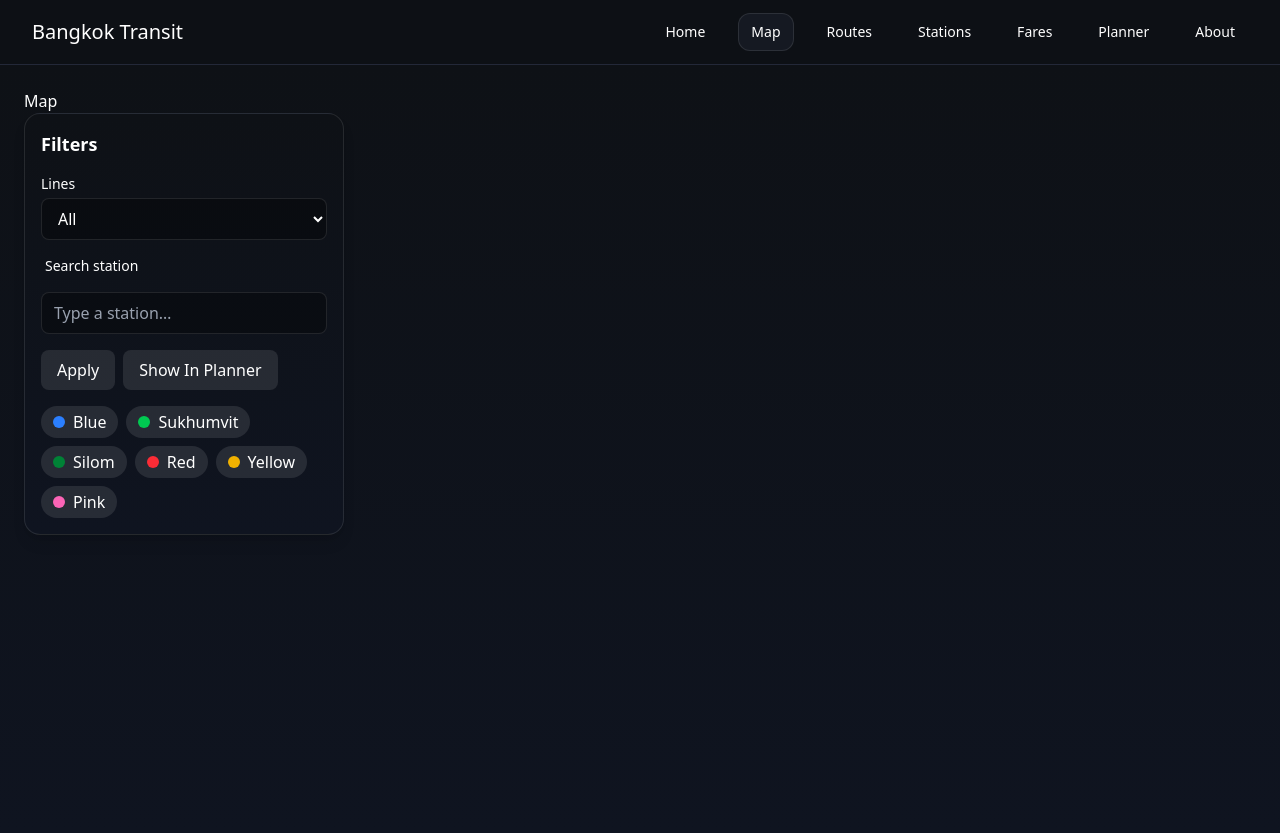
Repository: pyaestk/Bangkok-transit-map
Page: /map
These files come from the project's save history. The page is drawn as it stood at one moment and after the next save; the edit follows.
The browser window is 1280 px wide. The pictures show the whole page.
The project was rebuilt for these pictures with package versions that can differ from the ones it lists, and the page was loaded fresh each time. Also part of the build but not shown: vite.config.ts, src/pages/Home.tsx, src/pages/Planner.tsx, src/pages/Stations.tsx, src/pages/TrainRoutes.tsx, src/pages/Fares.tsx, src/pages/About.tsx.

Above is the page before, as saved 2025-10-04 09:57:48.

### index.html
<!doctype html>
<html lang="en">
  <head>
    <meta charset="UTF-8" />
    <link rel="icon" type="image/svg+xml" href="/vite.svg" />
    <meta name="viewport" content="width=device-width, initial-scale=1.0" />
    <title>bangkok-transit-map</title>
  </head>
  <body>
    <div id="root"></div>
    <script type="module" src="/src/main.tsx"></script>
  </body>
</html>

### src/main.tsx
import { StrictMode } from 'react'
import { createRoot } from 'react-dom/client'
import './index.css'
import App from './App.tsx'
import { BrowserRouter as Router } from 'react-router'

createRoot(document.getElementById('root')!).render(
  <StrictMode>
    <Router>
      <App />
    </Router>
  </StrictMode>,
)

### src/App.tsx
import "./App.css";
import NavBar from "./component/NavBar";
import { Routes, Route } from "react-router-dom";
import Home from "./pages/Home";
import Map from "./pages/Map";
import Planner from "./pages/Planner";
import Stations from "./pages/Stations";
import TrainRoutes from "./pages/TrainRoutes";
import Fares from "./pages/Fares";
import About from "./pages/About";


function App() {
  return (
    <div className="min-h-screen flex flex-col">
      {/* Navbar at the top */}
      <NavBar />

      {/* Main content area */}
      <main className="flex-1 p-6 bg-[linear-gradient(180deg,rgba(14,17,22,1)_0%,rgba(15,20,32,1)_100%)]">
        <Routes>
          <Route
            path="/"
            element={ <Home/> }
          />
          <Route
            path="/map"
            element={ <Map/> }
          />
          <Route
            path="/planner"
            element={ <Planner/>}
          />
          <Route
            path="/routes"
            element={<TrainRoutes/>}
          />
          <Route
            path="/stations"
            element={<Stations/>}
          />
          <Route
            path="/fares"
            element={<Fares/>}
          />
          <Route
            path="/about"
            element={<About/>}
          />
        </Routes>
      </main>
    </div>
  );
}

export default App;

### src/App.css
@import "tailwindcss";

:root {
  background: linear-gradient(180deg, rgba(14,17,22,1) 0%, rgba(15,20,32,1) 100%);
}

### src/component/NavBar.tsx
import { NavLink } from "react-router-dom";
import { useState } from "react";

function NavBar() {
  const [open, setOpen] = useState(false);

  const baseClasses =
    "px-3 py-2 rounded-xl text-sm border border-transparent block text-center";
  const inactiveClasses = "text-white transition-colors";
  const activeClasses = "bg-[#151922] border rounded-[10px] text-white border-white/10";

  const links = [
    { to: "/", label: "Home" },
    { to: "/map", label: "Map" },
    { to: "/routes", label: "Routes" },
    { to: "/stations", label: "Stations" },
    { to: "/fares", label: "Fares" },
    { to: "/planner", label: "Planner" },
    { to: "/about", label: "About" },
  ];

  return (
    <nav className="sticky top-0 z-50 bg-[#0e1116cc] border-b border-[#232838] backdrop-blur-[5px] backdrop-brightness-[100%] [-webkit-backdrop-filter:blur(5px)_brightness(100%)]">
      <div className="max-w-7xl mx-auto px-4 sm:px-6 lg:px-8">
        <div className="flex items-center justify-between h-16">
          {/* Left side (Logo / Brand) */}
          <div className="flex-shrink-0 text-white text-xl">
            Bangkok Transit
          </div>

          {/* Desktop links */}
          <div className="hidden md:flex space-x-5">
            {links.map((l) => (
              <NavLink
                key={l.to}
                to={l.to}
                className={({ isActive }) =>
                  `${baseClasses} ${isActive ? activeClasses : inactiveClasses}`
                }
              >
                {l.label}
              </NavLink>
            ))}
          </div>

          {/* Mobile hamburger button */}
          <div className="md:hidden">
            <button
              aria-label="Toggle menu"
              onClick={() => setOpen((s) => !s)}
              className="inline-flex items-center justify-center p-2 rounded-md text-white hover:bg-white/5 focus:outline-none focus:ring-2 focus:ring-white"
            >
              <span className="sr-only">Open main menu</span>
              {/* Hamburger / X icon */}
              <svg
                className={`h-6 w-6 ${open ? "hidden" : "block"}`}
                xmlns="http://www.w3.org/2000/svg"
                fill="none"
                viewBox="0 0 24 24"
                strokeWidth={2}
                stroke="currentColor"
                aria-hidden="true"
              >
                <path
                  strokeLinecap="round"
                  strokeLinejoin="round"
                  d="M3 6h18M3 12h18M3 18h18"
                />
              </svg>
              <svg
                className={`h-6 w-6 ${open ? "block" : "hidden"}`}
                xmlns="http://www.w3.org/2000/svg"
                fill="none"
                viewBox="0 0 24 24"
                strokeWidth={2}
                stroke="currentColor"
                aria-hidden="true"
              >
                <path
                  strokeLinecap="round"
                  strokeLinejoin="round"
                  d="M6 18L18 6M6 6l12 12"
                />
              </svg>
            </button>
          </div>
        </div>
      </div>

      {/* Mobile menu, shown when open is true */}
      <div className={`md:hidden ${open ? "block" : "hidden"} `}>
        <div className="px-2 pt-2 pb-3 space-y-1">
          {links.map((l) => (
            <NavLink
              key={l.to}
              to={l.to}
              onClick={() => setOpen(false)}
              className={({ isActive }) =>
                `${baseClasses} ${isActive ? activeClasses : inactiveClasses}`
              }
            >
              {l.label}
            </NavLink>
          ))}
        </div>
      </div>
    </nav>
  );
}

export default NavBar;

### src/pages/Map.tsx
import FiltersCard from "../component/FiltersCard";

export default function Map() {
  return (
    <div className="min-h-screen">
      <h1 className="text-white">Map</h1>
      <FiltersCard/>
    </div>
  )
}

### src/component/FiltersCard.tsx
export default function FiltersCard() {
  return (
    <div className="p-4 rounded-2xl bg-[linear-gradient(180deg,rgba(14,17,22,1)_0%,rgba(15,20,32,1)_100%)] border border-white/10 shadow-lg w-80 text-white">
      <h2 className="text-lg font-bold mb-4">Filters</h2>

      {/* Lines */}
      <label className="block text-sm mb-1">Lines</label>
      <select className="w-full px-3 py-2 rounded-lg bg-black/30 border border-white/10 focus:outline-none">
        <option>All</option>
        <option>Blue</option>
        <option>Red</option>
        <option>Yellow</option>
      </select>

      {/* Search station */}
      <label className="block text-sm my-4 ms-1">Search station</label>
      <input
        type="text"
        placeholder="Type a station…"
        className="w-full px-3 py-2 rounded-lg bg-black/30 border border-white/10 placeholder-gray-400 focus:outline-none"
      />

      {/* Buttons */}
      <div className="flex space-x-2 mt-4">
        <button className="px-4 py-2 rounded-lg bg-white/10 hover:bg-white/20">Apply</button>
        <button className="px-4 py-2 rounded-lg bg-white/10 hover:bg-white/20">Show In Planner</button>
      </div>

      {/* Line Pills */}
      <div className="flex flex-wrap gap-2 mt-4">
        <span className="flex items-center px-3 py-1 rounded-full bg-white/10">
          <span className="w-3 h-3 rounded-full bg-blue-500 mr-2"></span>
          Blue
        </span>
        <span className="flex items-center px-3 py-1 rounded-full bg-white/10">
          <span className="w-3 h-3 rounded-full bg-green-500 mr-2"></span>
          Sukhumvit
        </span>
        <span className="flex items-center px-3 py-1 rounded-full bg-white/10">
          <span className="w-3 h-3 rounded-full bg-green-700 mr-2"></span>
          Silom
        </span>
        <span className="flex items-center px-3 py-1 rounded-full bg-white/10">
            <span className="w-3 h-3 rounded-full bg-red-500 mr-2"></span> Red
        </span>
        <span className="flex items-center px-3 py-1 rounded-full bg-white/10">
            <span className="w-3 h-3 rounded-full bg-yellow-500 mr-2"></span> Yellow
        </span>
        <span className="flex items-center px-3 py-1 rounded-full bg-white/10">
            <span className="w-3 h-3 rounded-full bg-pink-400 mr-2"></span> Pink
        </span>
      </div>
    </div>
  )
}

Loaded but not shown: src/index.css (common file)

After the next save:
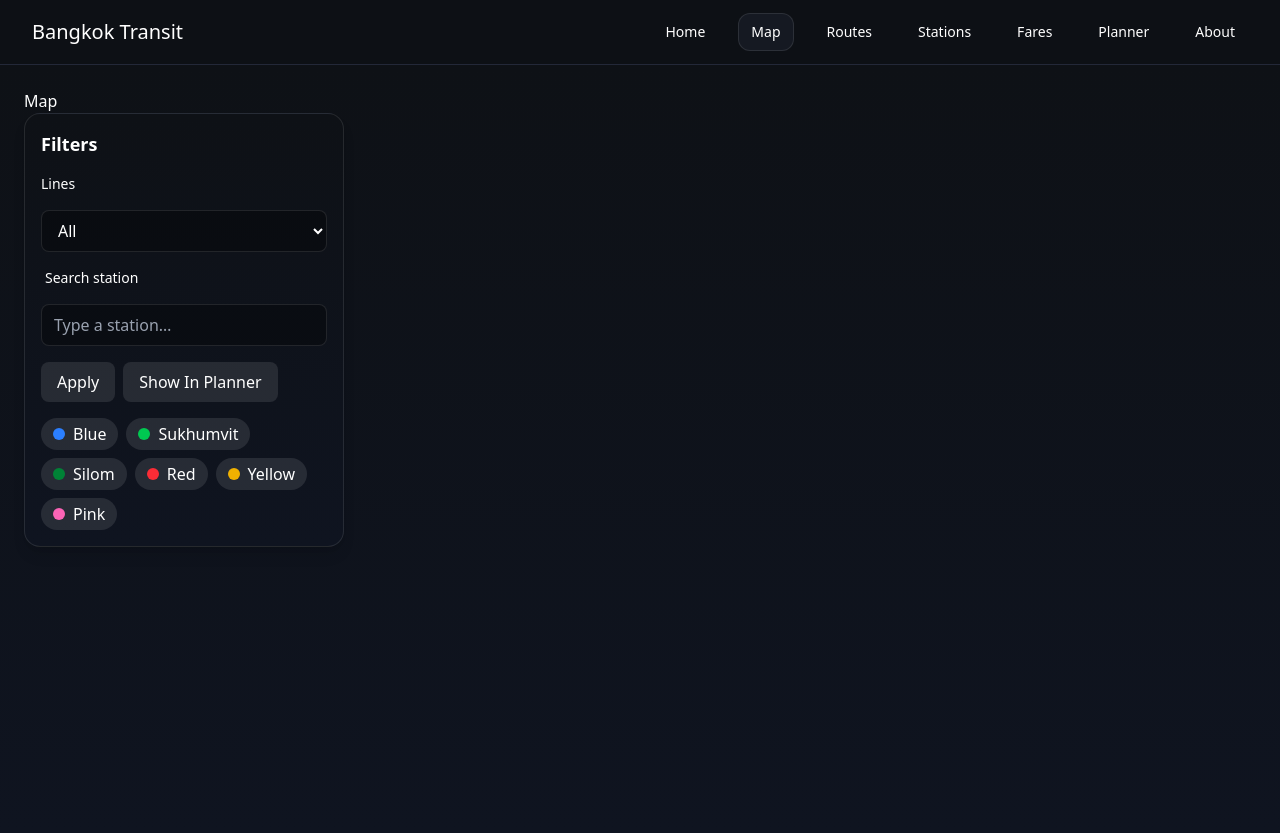
Saved 19 s later.
--- a/src/component/FiltersCard.tsx
+++ b/src/component/FiltersCard.tsx
@@ -4,7 +4,7 @@ export default function FiltersCard() {
       <h2 className="text-lg font-bold mb-4">Filters</h2>
 
       {/* Lines */}
-      <label className="block text-sm mb-1">Lines</label>
+      <label className="block text-sm my-4">Lines</label>
       <select className="w-full px-3 py-2 rounded-lg bg-black/30 border border-white/10 focus:outline-none">
         <option>All</option>
         <option>Blue</option>
